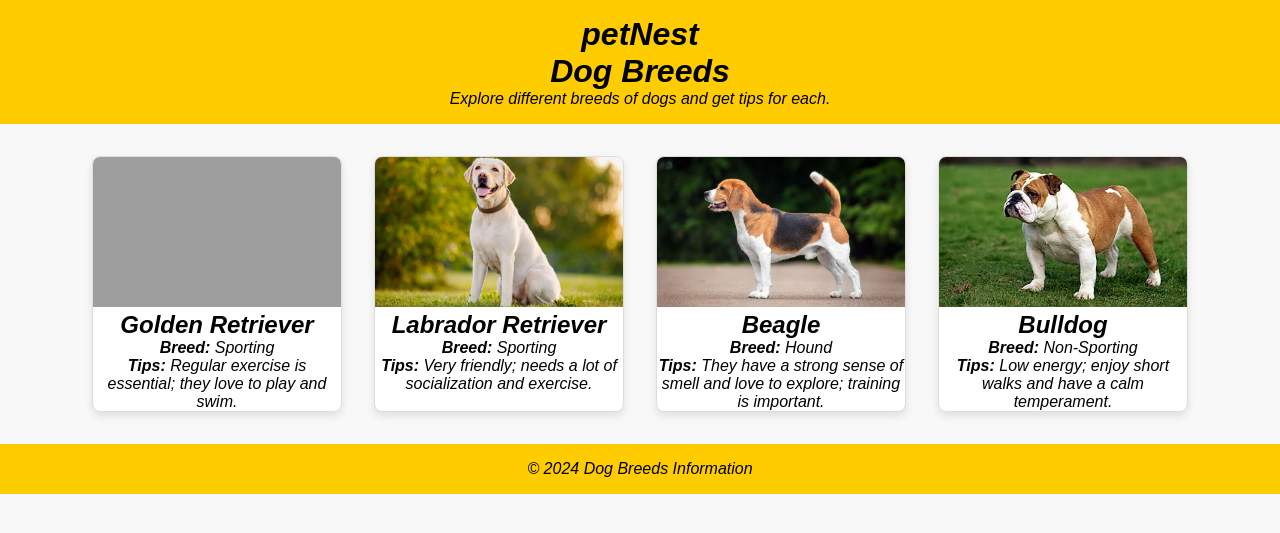
Repository: SHAHZADcodr/pet_care
Page: pages/dog.html
These files come from the project's save history. The page is drawn as it stood at one moment and after the next save; the edit follows.
The browser window is 1280 px wide. The pictures show the whole page.
Pictures or frames that could not be fetched are drawn as grey boxes.

Above is the page before, as saved 2024-11-04 22:18:20.

### pages/dog.html
<!DOCTYPE html>
<html lang="en">
<head>
    <meta charset="UTF-8">
    <meta name="viewport" content="width=device-width, initial-scale=1.0">
    <title>Dog Breeds</title>
    <link rel="stylesheet" href="dog.css"> <!-- Link to your CSS file -->
</head>
<body>
    <header>
        <h1 id="webName"><i><strong>petNest</strong></
            i></h1>
        <h1>Dog Breeds</h1>
        <p>Explore different breeds of dogs and get tips for each.</p>
    </header>
    <main class="dog-breeds">
        <div class="dog-card">
            <img src="images/golden_retriever.jpg" alt="Golden Retriever">
            <h2>Golden Retriever</h2>
            <p><strong>Breed:</strong> Sporting</p>
            <p><strong>Tips:</strong> Regular exercise is essential; they love to play and swim.</p>
        </div>
        <div class="dog-card">
            <img src="images/labrador.jpg" alt="Labrador Retriever">
            <h2>Labrador Retriever</h2>
            <p><strong>Breed:</strong> Sporting</p>
            <p><strong>Tips:</strong> Very friendly; needs a lot of socialization and exercise.</p>
        </div>
        <div class="dog-card">
            <img src="images/beagle.jpg" alt="Beagle">
            <h2>Beagle</h2>
            <p><strong>Breed:</strong> Hound</p>
            <p><strong>Tips:</strong> They have a strong sense of smell and love to explore; training is important.</p>
        </div>
        <div class="dog-card">
            <img src="images/bulldog.jpg" alt="Bulldog">
            <h2>Bulldog</h2>
            <p><strong>Breed:</strong> Non-Sporting</p>
            <p><strong>Tips:</strong> Low energy; enjoy short walks and have a calm temperament.</p>
        </div>
        <!-- Add more dog cards as needed -->
    </main>
    <footer>
        <p>&copy; 2024 Dog Breeds Information</p>
    </footer>
</body>
</html>

### pages/dog.css
/* General Reset */
* {
    margin: 0;
    padding: 0;
    box-sizing: border-box;
}

/* Basic Layout */
body {
    font-family: Arial, sans-serif;
    display: flex;
    flex-direction: column;
    min-height: 100vh;
    background-color: #f8f8f8;
}

header {
    background-color: #ffcc00;
    padding: 1rem;
    text-align: center;
}

.dog-breeds {
    display: flex;
    flex-wrap: wrap;
    justify-content: center;
    padding: 1rem;
}

.dog-card {
    background-color: #fff;
    border: 1px solid #ddd;
    border-radius: 8px;
    box-shadow: 0 4px 8px rgba(0, 0, 0, 0.1);
    margin: 1rem;
    width: 250px; /* Fixed width for dog cards */
    text-align: center;
    overflow: hidden;
    transition: transform 0.2s;
}

.dog-card:hover {
    transform: scale(1.05); /* Slightly enlarge on hover */
}

.dog-card img {
    width: 100%;
    height: 150px; /* Set fixed height for images */
    object-fit: cover; /* Maintain aspect ratio */
}

footer {
    background-color: #ffcc00;
    text-align: center;
    padding: 1rem;
    margin-top: auto;
}

After the next save:
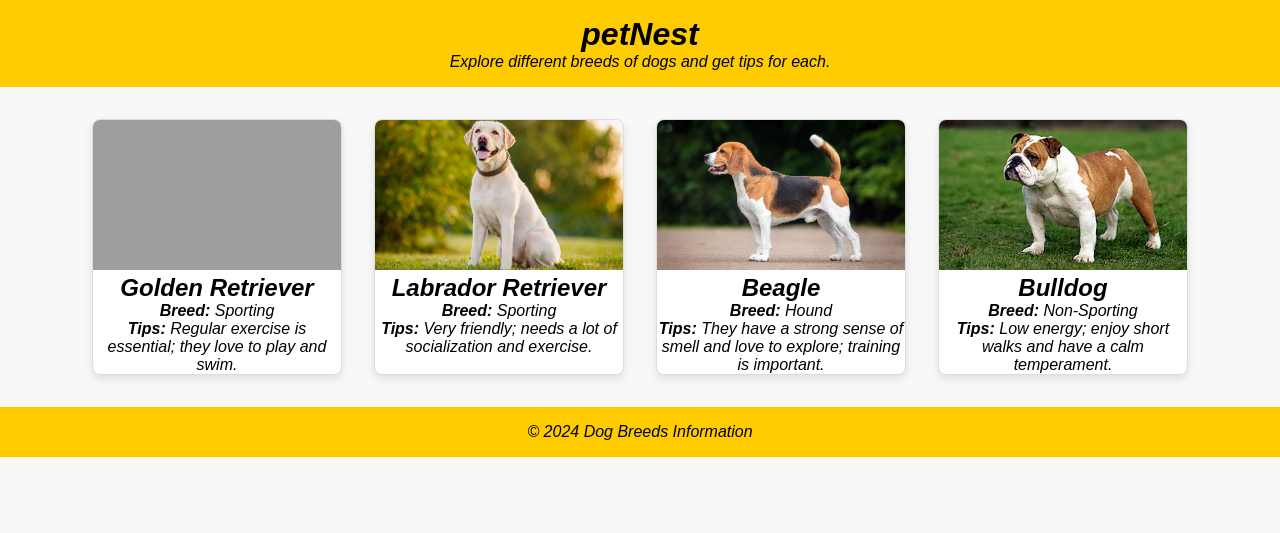
Saved 7 s later.
--- a/pages/dog.html
+++ b/pages/dog.html
@@ -10,7 +10,6 @@
     <header>
         <h1 id="webName"><i><strong>petNest</strong></
             i></h1>
-        <h1>Dog Breeds</h1>
         <p>Explore different breeds of dogs and get tips for each.</p>
     </header>
     <main class="dog-breeds">
